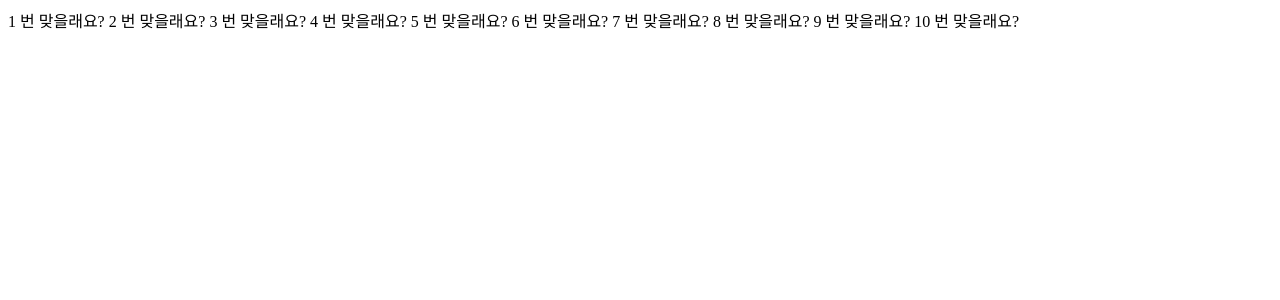
Repository: Jipumpkin/WebServer
Page: http://localhost/JSTL/ex06jstl3.jsp
The author's editor kept a copy of each file at every save. The page is drawn from the files as they stood at one save, then again after the next save.
The browser window is 1280 px wide. The pictures show the whole page.
The page is served by Tomcat 9. Other server files are loaded and not shown.

Above is the page before, as saved 2024-08-16 07:29:32.

### JSTL/src/main/webapp/ex06jstl3.jsp
<%@ page language="java" contentType="text/html; charset=EUC-KR"
    pageEncoding="EUC-KR"%>
<%@ taglib prefix="c" uri="http://java.sun.com/jsp/jstl/core" %>
<!DOCTYPE html>
<html>
<head>
<meta charset="EUC-KR">
<title>Insert title here</title>
</head>
<body>

	<c:forEach var="i" begin="1" end="10" step="1">

		${i } 번 맞을래요?


	</c:forEach>

</body>
</html>

After the next save:
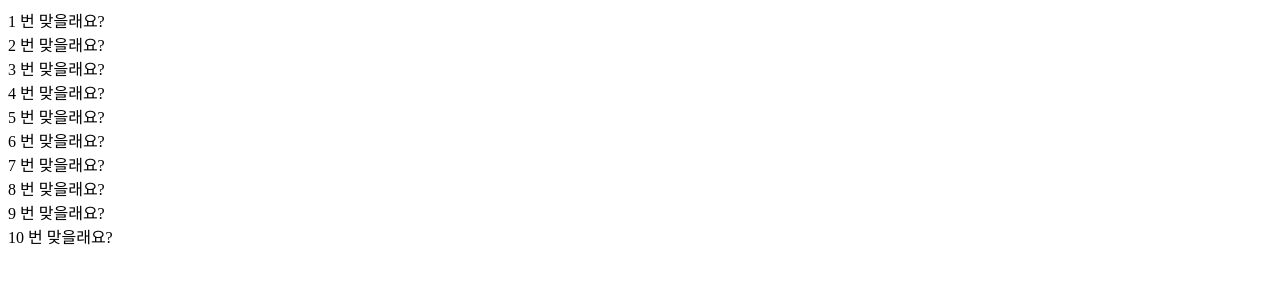
Saved 12 s later.
--- a/JSTL/src/main/webapp/ex06jstl3.jsp
+++ b/JSTL/src/main/webapp/ex06jstl3.jsp
@@ -11,7 +11,7 @@
 
 	<c:forEach var="i" begin="1" end="10" step="1">
 
-		${i } 번 맞을래요?
+		${i } 번 맞을래요? <br>
 
 
 	</c:forEach>
